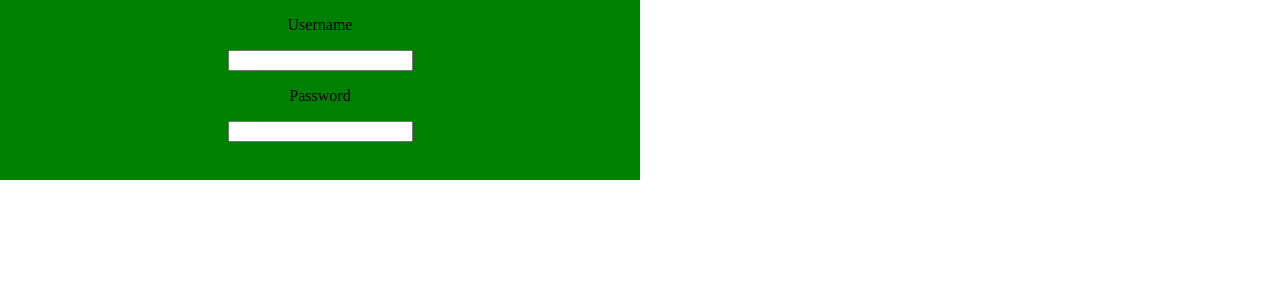
Repository: rdf004/playfab_blackjack
Page: /
An editor plug-in stored every save of this project. The page is shown before and after the next save, followed by the edit.
The browser window is 1280 px wide. The pictures show the whole page.
The project was rebuilt for these pictures with package versions that can differ from the ones it lists, and the page was loaded fresh each time. Also part of the build but not shown: src/Components/App.js.

Above is the page before, as saved 2020-05-07 20:12:05.

After the next save:
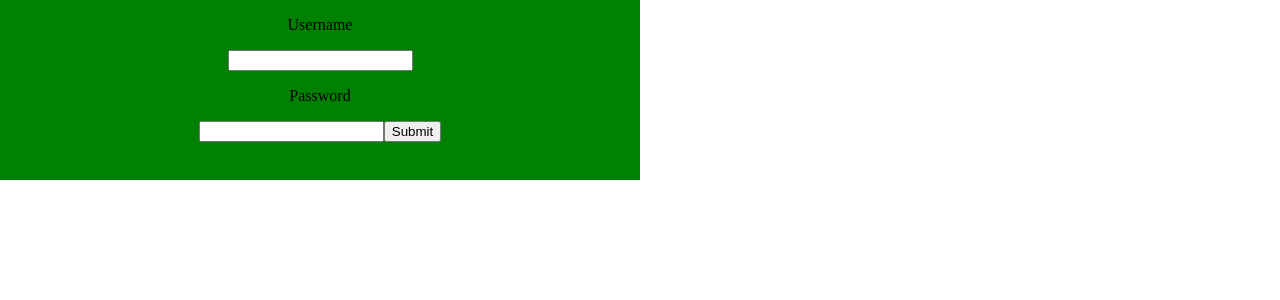
Saved 22 s later.
--- a/src/Components/Login.js
+++ b/src/Components/Login.js
@@ -15,6 +15,7 @@ class Login extends React.Component {
                             <p className="login-field">Password</p>
                             <input type="text" name="password" />
                         </label>
+                        <input type="submit" value="Submit" />
                     </form>
                 </div>
             </div>
